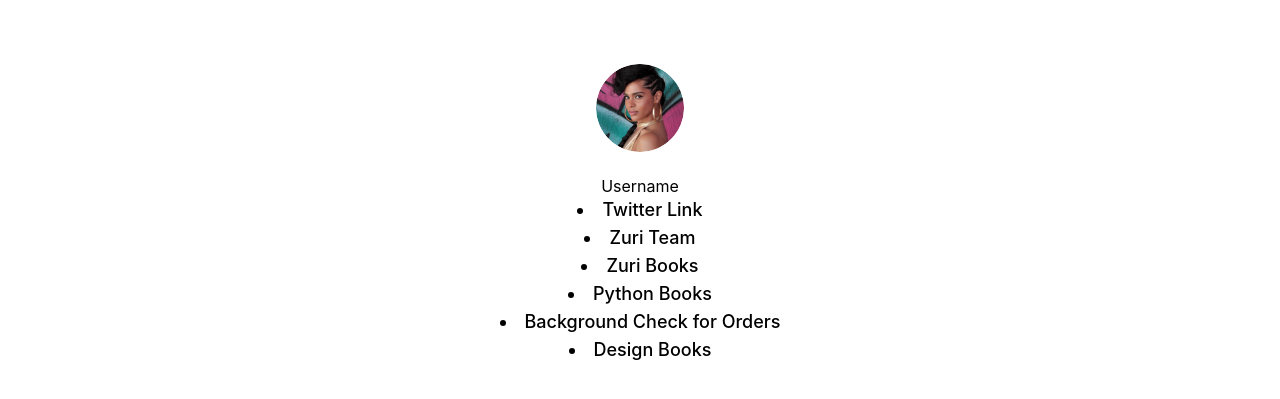
Repository: uh-sman/Zuri-task-one
Page: /
An editor plug-in stored every save of this project. The page is shown before and after the next save, followed by the edit.
The browser window is 1280 px wide. The pictures show the whole page.
The project was rebuilt for these pictures with package versions that can differ from the ones it lists, and the page was loaded fresh each time.

Above is the page before, as saved 2022-10-23 19:18:19.

After the next save:
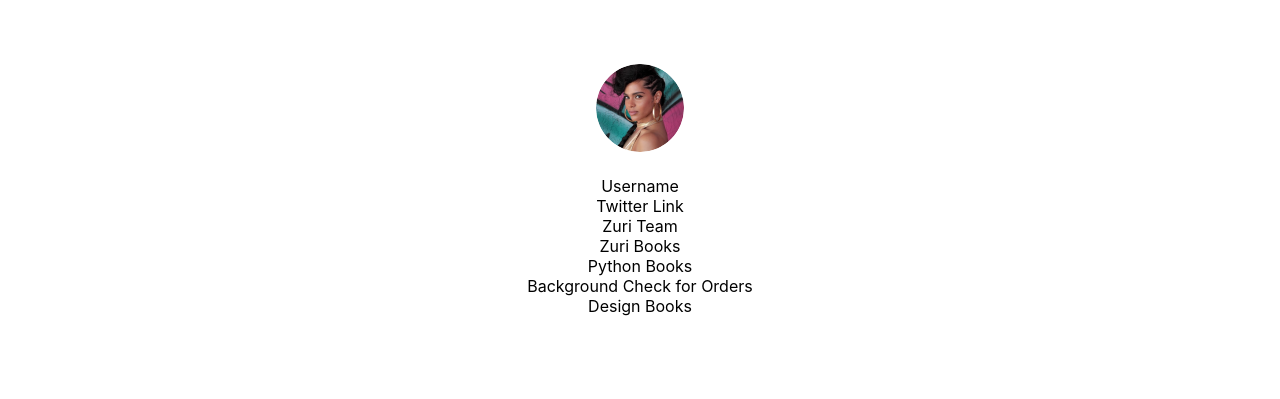
Saved 93 s later.
--- a/src/Components/Body.js
+++ b/src/Components/Body.js
@@ -9,7 +9,7 @@ const Body = () => {
       {data.map(({ id, title, description, link }) => (
         <div key={id} className="body-container">
           <div className="box">
-            <li>{title}</li>
+            <a>{title}</a>
           </div>
         </div>
       ))}
--- a/src/Components/body.css
+++ b/src/Components/body.css
@@ -7,11 +7,4 @@
   /* isolation: isolate; */
 }
 .box {
-  /* styleName: Text lg/Medium; */
-  font-family: Inter;
-  font-size: 18px;
-  font-weight: 500;
-  line-height: 28px;
-  letter-spacing: 0em;
-  text-align: center;
 }
